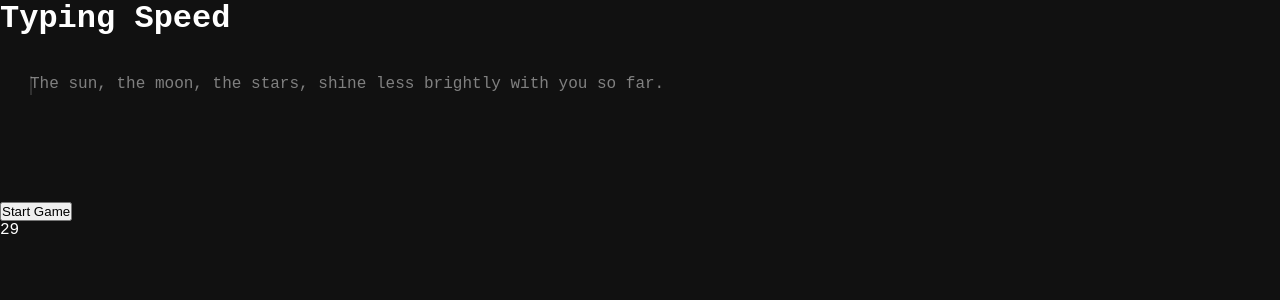
Repository: ThisIsSahaj/Js-Games
Page: TypingSpeed/index.html
These files come from the project's save history. The page is drawn as it stood at one moment and after the next save; the edit follows.
The browser window is 1280 px wide. The pictures show the whole page.
After loading, the first visible `button` was clicked once.

Above is the page before, as saved 2024-05-20 10:02:24.

### TypingSpeed/index.html
<!DOCTYPE html>
<html lang="en">
<head>
    <meta charset="UTF-8">
    <meta http-equiv="X-UA-Compatible" content="IE=edge">
    <meta name="viewport" content="width=device-width, initial-scale=1.0">
    <title>Typing Speed</title>
    <link rel="stylesheet" href="style.css">
</head>
<body tabindex="0">
    <!-- using tabindex so that we can use body.focus() -->
    <h1>Typing Speed</h1>

    <div class="game">
        <div class="words"></div>
        <div class="cursor"></div>
    </div>
    <div>
        <button>Start Game</button>
    </div>
    <div class="info">
        <div class="timer"></div>
        <div class="result"></div>
    </div>
</body>
<script src="script.js"></script>
</html>

### TypingSpeed/style.css
*{
    margin: 0;
    padding: 0;
    box-sizing: border-box;
}

body{
    font-family: 'Roboto Mono', monospace;
    background-color: #111;
    color: white;
}

.game{
    /* border: 2px solid red; */
    margin: 30px ;
    line-height: 35px;
    height: 105px;
    overflow: hidden;
    color: gray;
    position: relative;
}

@keyframes blink {
    0%{
        opacity: 1;
    }
    50%{
        opacity: 0;
    }
    100%{
        opacity: 1;
    }
}

.cursor{
    width: 2px;
    height: 1.2rem;
    background: white;
    position: fixed;
    top: 72px;
    left: 27px;
    animation: blink .7s infinite;

}

.singleWord{
    /* border: 2px solid green; */
    display: inline-block;
}

 .correct {
    color: #fff;
}
 .incorrect {
    color: #f55;
}

### TypingSpeed/script.js
const data = [
  "She did not tell them to clean up their lives, or go and sin no more. She did not tell them they were the blessed of the earth, its inheriting meek, or its glory-bound pure. She told them that the only grace they could have is the grace they could imagine. That if they could not see it, they could not have it.",


  "Samatha is a state in which the mind is brought to rest, focused only on one item and not allowed to wander. When this is done, a deep calm pervades body and mind, a state of tranquility which must be experienced to be understood.",

  "Selling short is a way to make money if stock prices fall. It involves selling stock you do not currently own in the expectation of buying it back later at a lower price. It's hoping to buy low and sell high, but in reverse order.",

  "When we conceive of the sweetest being ever, we are conceiving of the being that exists both in the mind and in reality",

  "I don't give a damn, except that I get bored sometimes when people tell me to act my age.",

  "Girls. Jesus Christ. They can drive you crazy. They really can.",

  "Many people limit themselves to leading boring, dull lives by accepting the judgment of others that they are of low intelligence.",

  "The way he shot out his drink reminded me of the Merlion statue I saw described in foreign literature.",

  "For example, by owning your own corporation, your vacations can be board meetings in Hawaii.",

  "The sun, the moon, the stars, shine less brightly with you so far."
];





const wordsDiv = document.querySelector('.words');

const body = document.querySelector('body');
const cursor = document.querySelector('.cursor');

const button = document.querySelector('button');

const timer = document.querySelector('.timer');
const result = document.querySelector('.result');
const gameTime = 30 * 1000;


// get a paragraph from the data
const words = `${data[Math.floor(Math.random() * data.length)]}`
// console.log(words);

// to split all the words whenever space comes and return an array
const newWords = words.split(" ");
// console.log('new words', newWords);



// format each letter of a word
const formatWord = (word) => {
  return `
  <div class="singleWord"><span class="letter">${word.split('').join('</span><span class="letter">')}</span></div>
  `
}

let addClass = (element, className) => {
//   element.classlist.add(className);
     element.className += ' ' + className;
}

let removeClass = (element, className) => {
  // element.classlist.remove(className);
     element.className = element.className.replace(className, '');
}


const newGame = () => {
    wordsDiv.innerHTML = " ";
    let counter = 30;
    result.innerHTML = '';



    newWords.forEach(element => {
      wordsDiv.innerHTML += formatWord(element);
    });


    const singleWord = document.querySelector('.singleWord');
    console.log('singleWord', singleWord);
    const letter = document.querySelector('.letter');
    console.log('letter',letter)

    addClass(singleWord, 'current');
    addClass(letter, 'current');

    const firstLetter = document.querySelector('.letter.current');
    cursor.style.top = firstLetter.getBoundingClientRect().top + 'px';
    cursor.style.left = firstLetter.getBoundingClientRect().left + 'px';

    let countdownTimer = setInterval(() => {
      counter--;
      timer.textContent = counter;

      if (counter < 0) {
          clearInterval(countdownTimer);
          timer.textContent = "Time's up!";
      }
  }, 1000);

    setTimeout(() => {
      gameOver();
    }, gameTime);


    // to focus on body, because it is focusing on the button
    body.focus();

}

const gameOver = () => {
  alert("Time's Up!");
  timer.innerHTML = `GAME OVER!`
  result.innerHTML = `WPM: ${getWpm()}`;
}

const getWpm = () =>{

  const words = [...document.querySelectorAll('.singleWord')];
  // console.log(words);

  const lastTypedWord = document.querySelector('.singleWord.current'); // the current element where game stopped
  const lastTypedWordIndex = words.indexOf(lastTypedWord);

  // getting all the words typed
  const typedWords = words.slice(0, lastTypedWordIndex);
  // console.log('typedWords',typedWords);


  // to get all the words inside the typedWords array
  const correctWords = typedWords.filter(word =>{      //passing each typed word one by one

    //get all letters in each word and make an array
    const letters = [...word.children];
    console.log('letters',letters);

    const incorrectLetters = letters.filter(curletter => curletter.className.includes('incorrect'));
    const correctLetters = letters.filter(curletter => curletter.className.includes('correct'));


    return incorrectLetters.length === 0 && correctLetters.length === letters.length;
  });


  return correctWords.length / gameTime * 60000;
}



const handleSpace = (expected, currentWord, currentLetter) => {
  if (expected !== ' ') {
    const lettersToInvalidate = [...document.querySelectorAll('.singleWord.current .letter:not(.correct)')];
    lettersToInvalidate.forEach(letter => {
      addClass(letter, 'incorrect');
    });
  }
  removeClass(currentWord, 'current');
  console.log('current word', currentWord );
  addClass(currentWord.nextElementSibling, 'current');
  console.log('new current word', currentWord.nextElementSibling );



  if (currentLetter) {
    removeClass(currentLetter, 'current');
    console.log('currentLetter', currentLetter);
  }
  console.log('currentWord firstChild', currentWord.nextElementSibling.firstChild);
  addClass(currentWord.nextElementSibling.firstChild, 'current')
}

const handleBackspace = (currentLetter, isFirstLetter, currentWord ) => {
  // if backspace at start of next word
  if (currentLetter && isFirstLetter) {
    // make previous word current
    removeClass(currentWord, 'current');
    addClass(currentWord.previousElementSibling, 'current');

    // make last letter current
    removeClass(currentLetter, 'current');
    addClass(currentWord.previousElementSibling.lastChild, 'current');

    removeClass(currentWord.previousElementSibling.lastChild, 'incorrect');
    removeClass(currentWord.previousElementSibling.lastChild, 'correct');
  }

  // if backspace in middle of a word
  if (currentLetter && !isFirstLetter) {
    removeClass(currentLetter, 'current');
    addClass(currentLetter.previousElementSibling, 'current');

    removeClass(currentLetter.previousElementSibling, 'incorrect');
    removeClass(currentLetter.previousElementSibling, 'correct');

  }

  // if backspace at the end of a word
  if(!currentLetter) //therefore expected = space
  {
    addClass(currentWord.lastChild, 'current');
    removeClass(currentWord.lastChild, 'incorrect');
    removeClass(currentWord.lastChild, 'correct');
  }
}


const moveCursor = () => {
  const nextLetter = document.querySelector('.letter.current');
  const nextWord = document.querySelector('.singleWord.current');

  console.log('nextLetter',nextLetter);
  console.log('nextWord',nextWord);

  if (nextLetter) {
    cursor.style.top = nextLetter.getBoundingClientRect().top + 'px';
    cursor.style.left = nextLetter.getBoundingClientRect().left + 'px';
  }
  //if next is space
  else{
    cursor.style.top = nextWord.getBoundingClientRect().top + 7  + 'px';
    cursor.style.left = nextWord.getBoundingClientRect().right + 'px';
  }
}






body.addEventListener('keyup', ev => {
    // console.log(ev);

    const key = ev.key;


    const currentWord = document.querySelector('.singleWord.current');
    const currentLetter = document.querySelector('.letter.current');
    console.log('currentLetter',currentLetter);

    //if no currentLetter, then expected key will be space
    const expected = currentLetter?.innerHTML || ' ';


    //check whether the input is a letter or not
    //if it's length is not equal to 1, it means it is 'Backspace'
    //if key is empty ' ' it means  it is the space key
    const isLetter = key.length === 1 && key !== ' ';
    const isSpace = key === ' ';
    const isBackSpace = key === 'Backspace';
    const isFirstLetter = currentLetter === currentWord.firstChild;



    console.log({key, expected});

    if (isLetter) {
      if (currentLetter) {
        addClass(currentLetter, key === expected ? 'correct' : 'incorrect');   //if key = expected key, then add class correct, if not then add class incorrect
        removeClass(currentLetter, 'current');
        if (currentLetter.nextSibling) {
          addClass(currentLetter.nextSibling, 'current');
          console.log('new currentLetter',currentLetter.nextSibling);
        }
      }
    }

    // if key is SPACE
    if(isSpace)
    {
     handleSpace(expected, currentWord, currentLetter);
    }

    // if key is BACKSPACE
    if (isBackSpace) {
    handleBackspace(currentLetter, isFirstLetter, currentWord);
    }


    // move cursor
    moveCursor();


})

button.addEventListener('click', newGame);

After the next save:
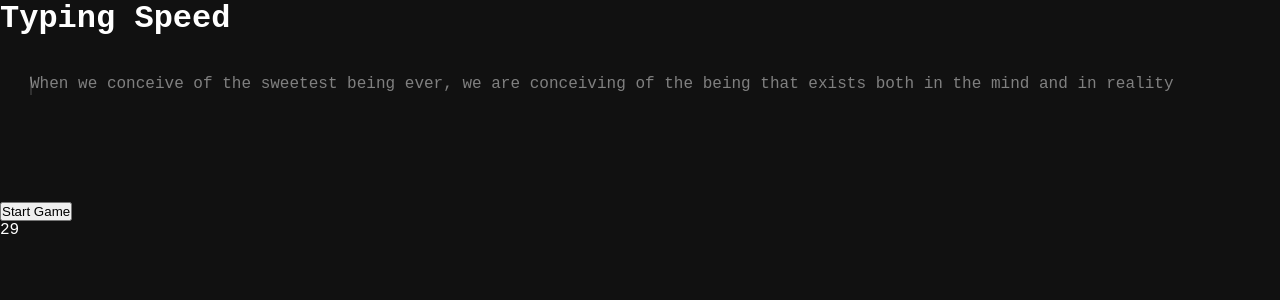
Saved 43 s later.
--- a/TypingSpeed/script.js
+++ b/TypingSpeed/script.js
@@ -37,13 +37,7 @@
 const gameTime = 30 * 1000;
 
 
-// get a paragraph from the data
-const words = `${data[Math.floor(Math.random() * data.length)]}`
-// console.log(words);
-
-// to split all the words whenever space comes and return an array
-const newWords = words.split(" ");
-// console.log('new words', newWords);
+
 
 
 
@@ -66,6 +60,15 @@
 
 
 const newGame = () => {
+
+  // get a paragraph from the data
+const words = `${data[Math.floor(Math.random() * data.length)]}`
+// console.log(words);
+
+// to split all the words whenever space comes and return an array
+const newWords = words.split(" ");
+// console.log('new words', newWords);
+
     wordsDiv.innerHTML = " ";
     let counter = 30;
     result.innerHTML = '';
